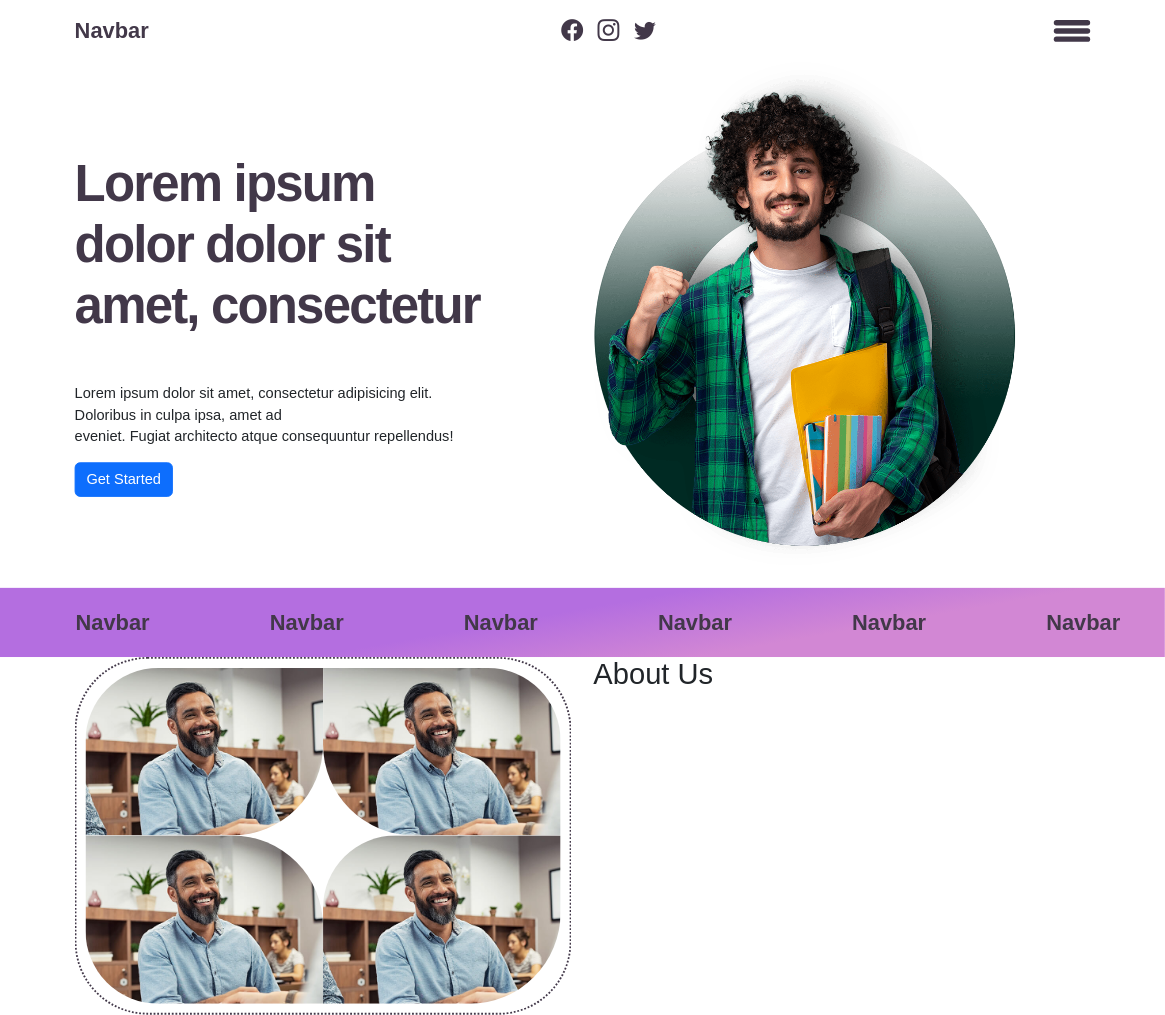
Repository: tagnam/project27012025
Page: index.html
These files come from the project's save history. The page is drawn as it stood at one moment and after a run of saves; the edit follows.
The browser window is 1280 px wide. The pictures show the whole page, at 91% of full size.

Above is the page before, as saved 2025-01-27 16:38:45.

After the next 5 saves:
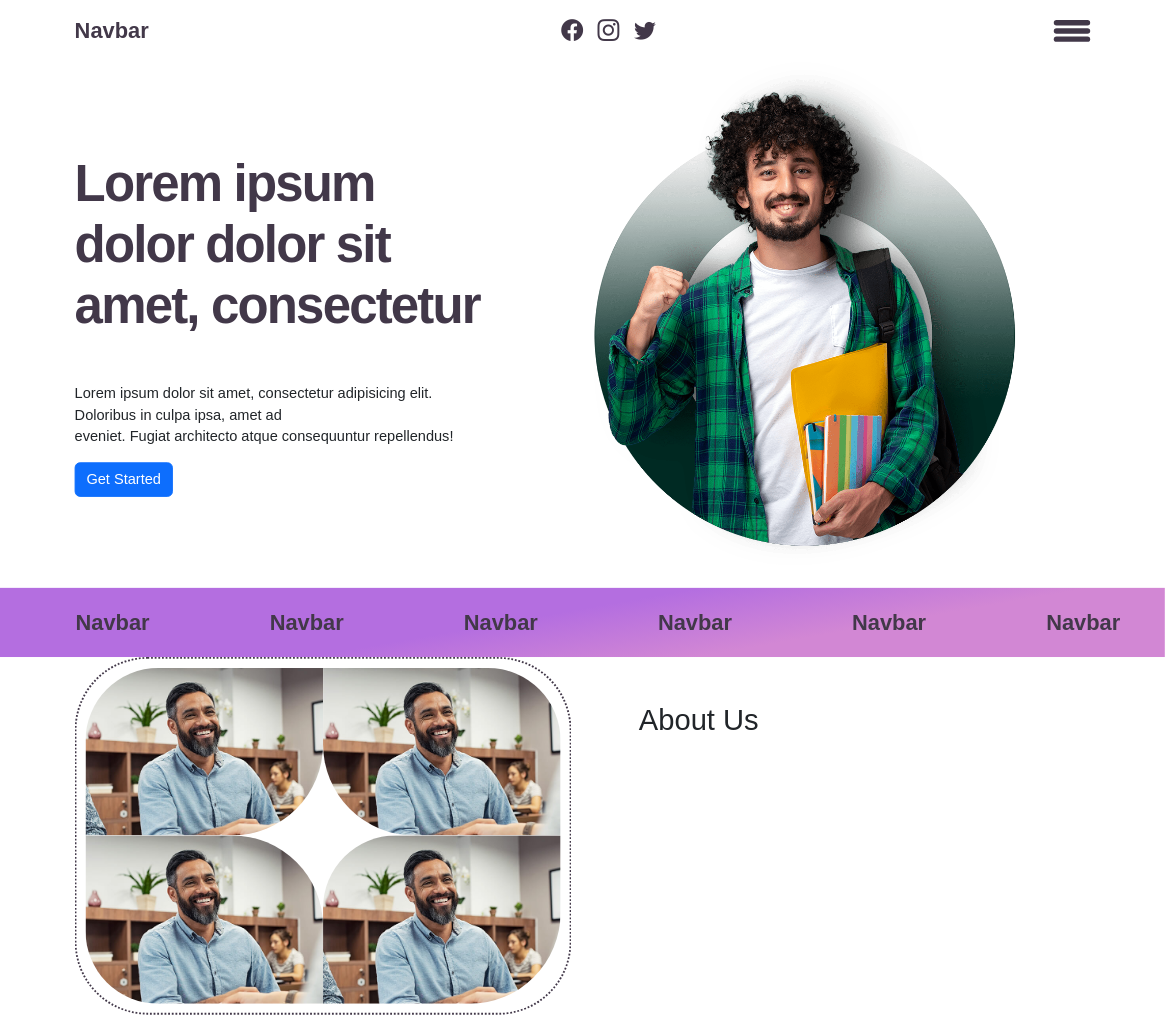
The 5 saves are shown as one change because they came seconds apart.
The last was saved 36 s later.
--- a/style/css/index.css
+++ b/style/css/index.css
@@ -119,3 +119,8 @@ width: 100%;
     border-top-left-radius: 80px;
     border-bottom-right-radius: 100px;
 }
+
+
+.about-content{
+    padding: 50px;
+}
